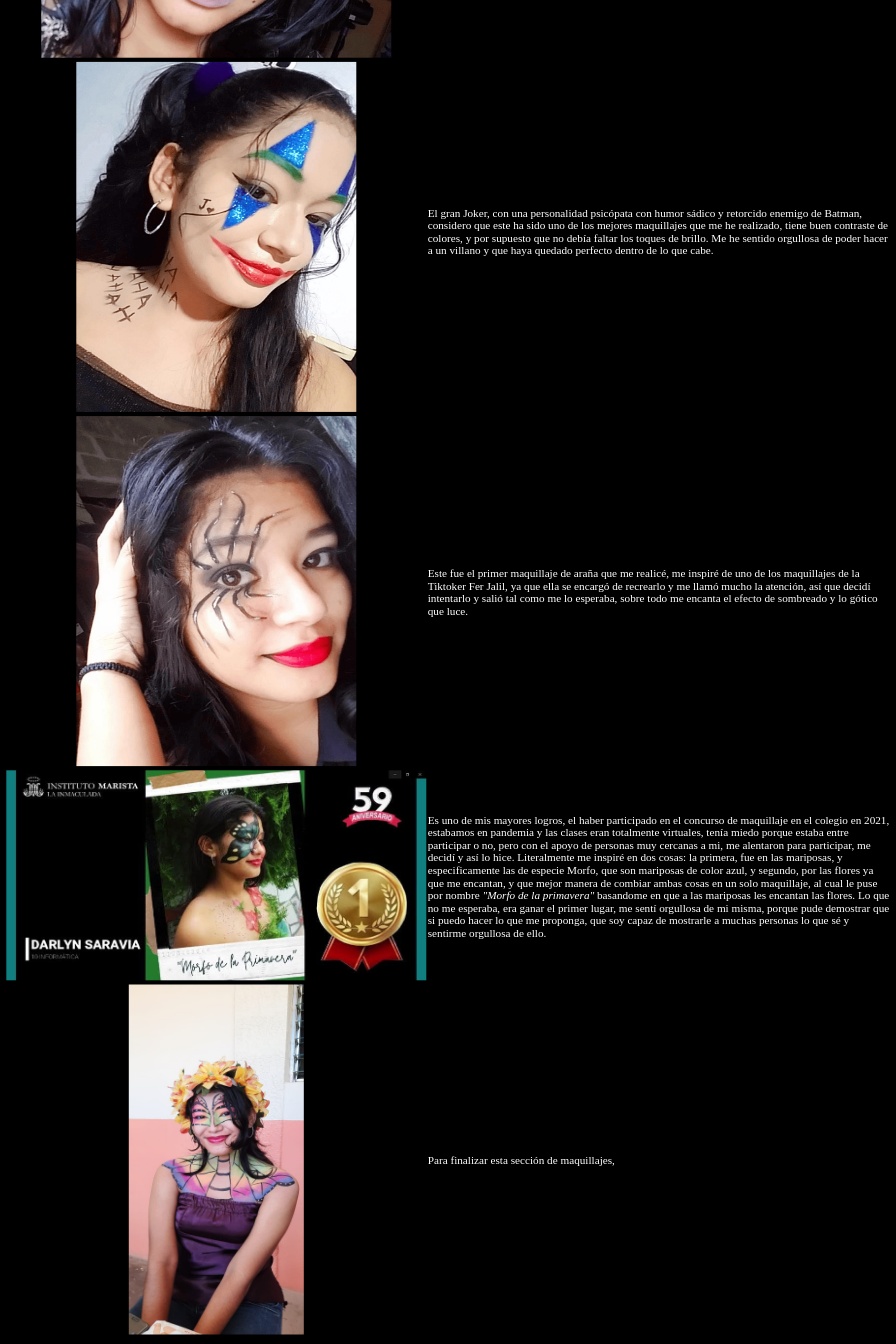
Repository: darlyn-saravia27/portafolio-darlynsaravia
Page: archivoshtml/maquillaje.html
An editor plug-in stored every save of this project. The page is shown before and after the next save, followed by the edit.
The browser window is 1280 px wide. The pictures show the part of the page from y = 3088 to 5008 px (the page is 5008 px tall), at 70% of full size.

Above is the page before, as saved 2023-03-07 02:27:21.

After the next save:
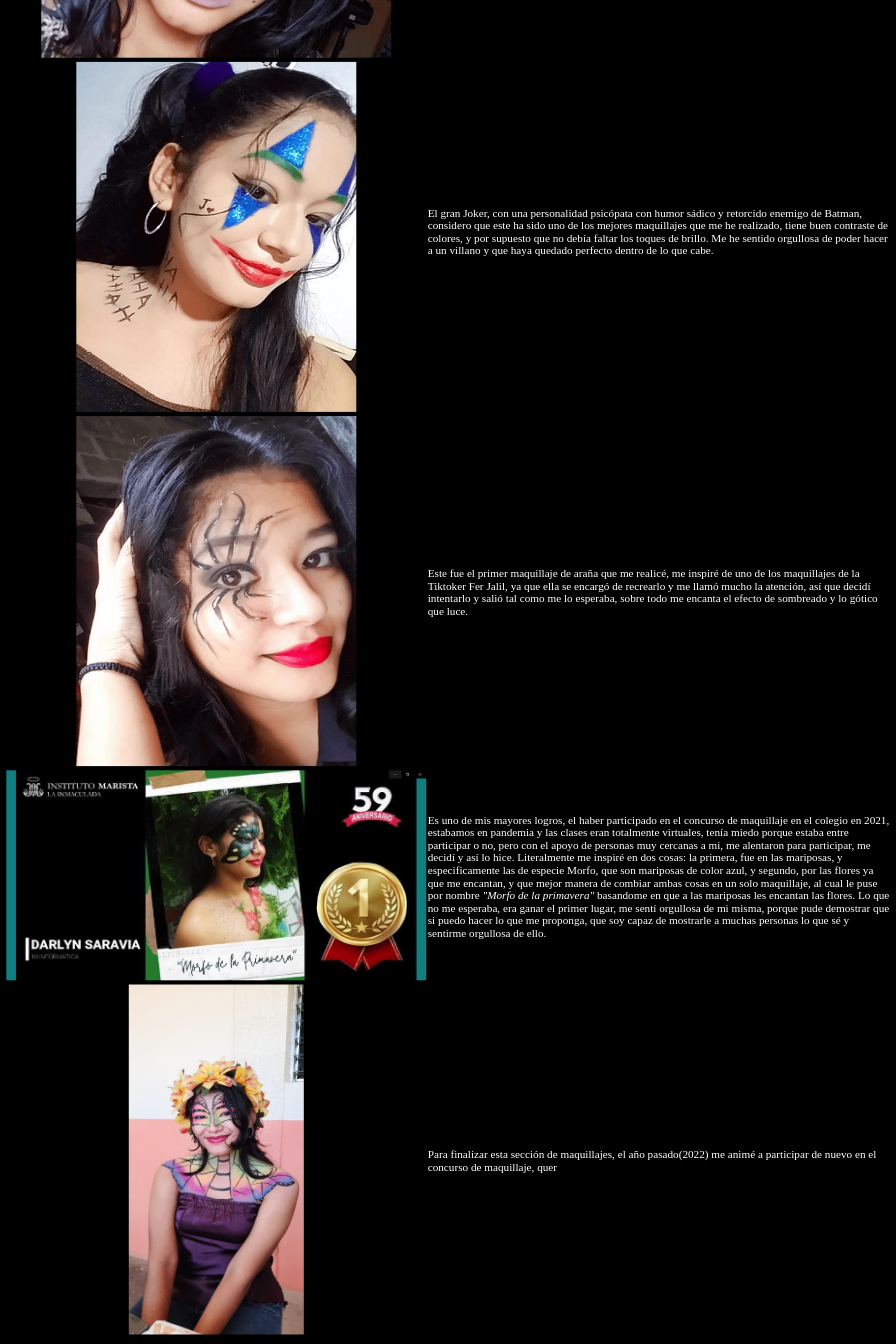
Saved 43 s later.
--- a/archivoshtml/maquillaje.html
+++ b/archivoshtml/maquillaje.html
@@ -159,7 +159,9 @@
             <td align="center">
                 <img src="makedada2.png" width="250px" height="500px">
             </td>
-            <td><font color="white">Para finalizar esta sección de maquillajes,</font></td>
+            <td><font color="white">Para finalizar esta sección de maquillajes, el año pasado(2022)
+                me animé a participar de nuevo en el concurso de maquillaje, quer
+            </font></td>
             <br>
             <br>
         </tr>
